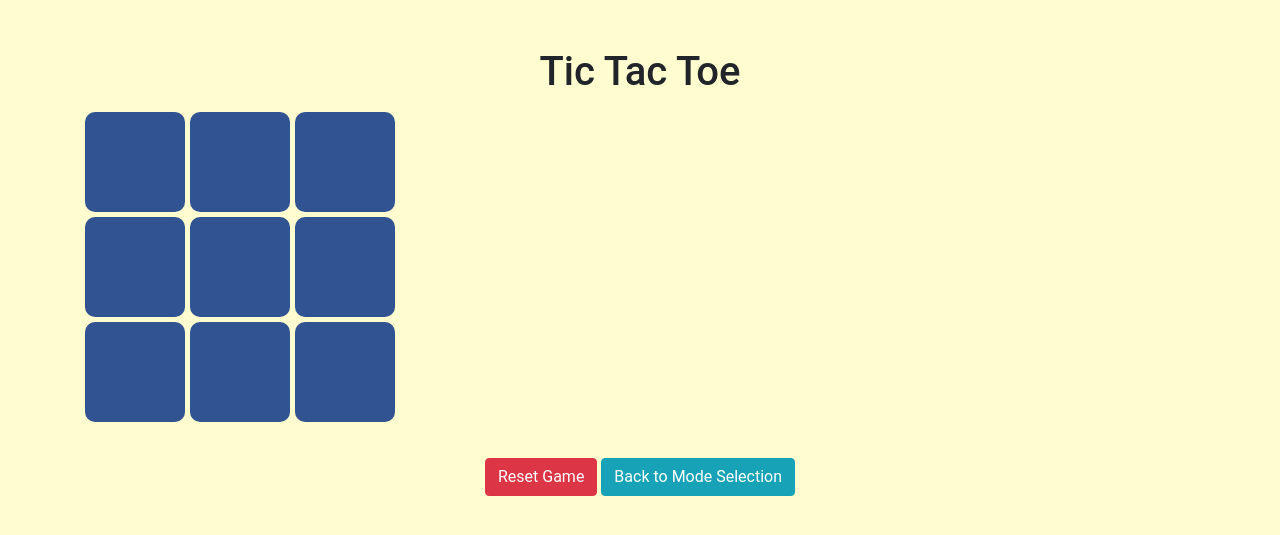
Repository: sidv121415/tic-tac-toe
Page: game.html
These files come from the project's save history. The page is drawn as it stood at one moment and after the next save; the edit follows.
The browser window is 1280 px wide. The pictures show the whole page.

Above is the page before, as saved 2024-10-22 00:59:09.

After the next save:
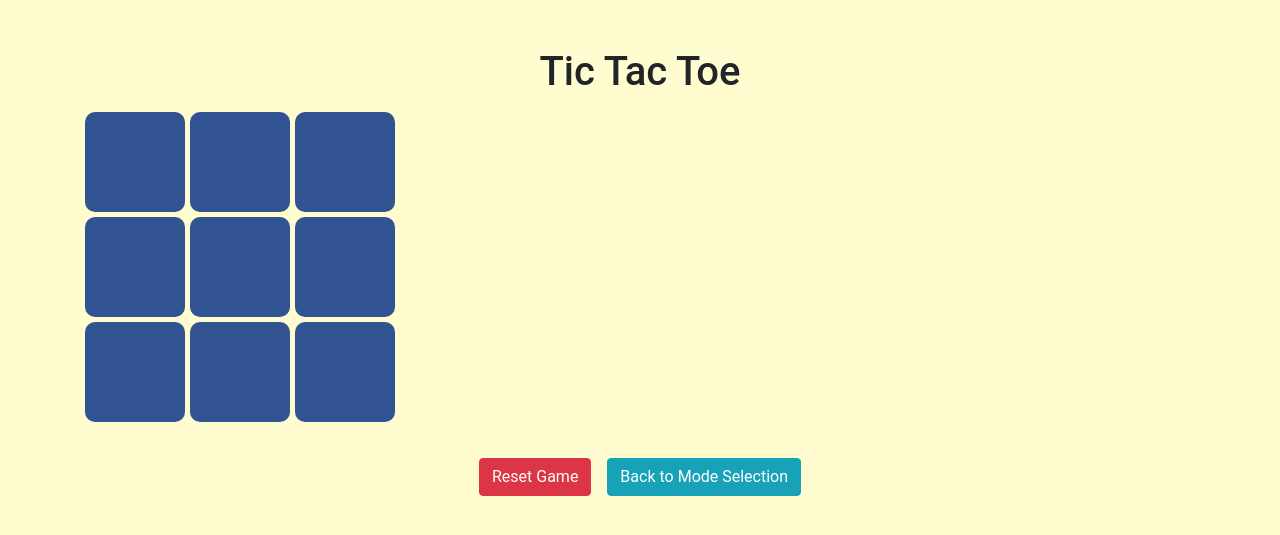
Saved 2 min 38 s later.
--- a/game.html
+++ b/game.html
@@ -29,14 +29,21 @@
             cursor: pointer;
             border-radius: 10px;
         }
+        .button-container {
+            display: flex;
+            justify-content: center;
+            margin-top: 20px;
+        }
     </style>
 </head>
 <body>
     <div class="container text-center">
         <h1 class="mt-5">Tic Tac Toe</h1>
         <div id="board" class="mt-3"></div>
-        <button class="btn btn-danger mt-3" onclick="resetGame()">Reset Game</button>
-        <button class="btn btn-info mt-3" onclick="location.href='mode-selection.html'">Back to Mode Selection</button>
+        <div class="button-container">
+            <button class="btn btn-danger mt-3" onclick="resetGame()">Reset Game</button>
+            <button class="btn btn-info mt-3 ml-3" onclick="location.href='mode-selection.html'">Back to Mode Selection</button>
+        </div>
     </div>
 
     <script src="game.js"></script>
